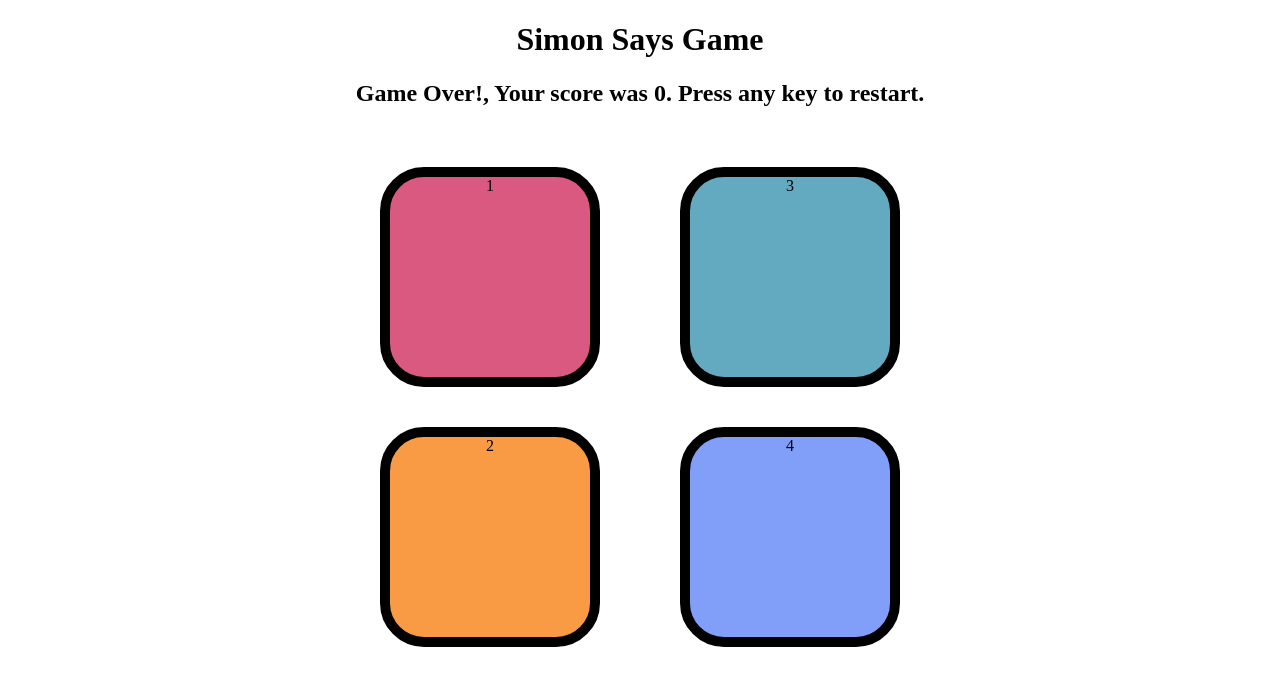
Repository: Manish-tomar-aligarh/Simon-Says-Game
Page: index.html
The author's editor kept a copy of each file at every save. The page is drawn from the files as they stood at one save, then again after the next save.
The browser window is 1280 px wide. The pictures show the whole page.
After loading, the first visible `#red` was clicked once.

Above is the page before, as saved 2025-05-26 08:29:30.

After the next save:
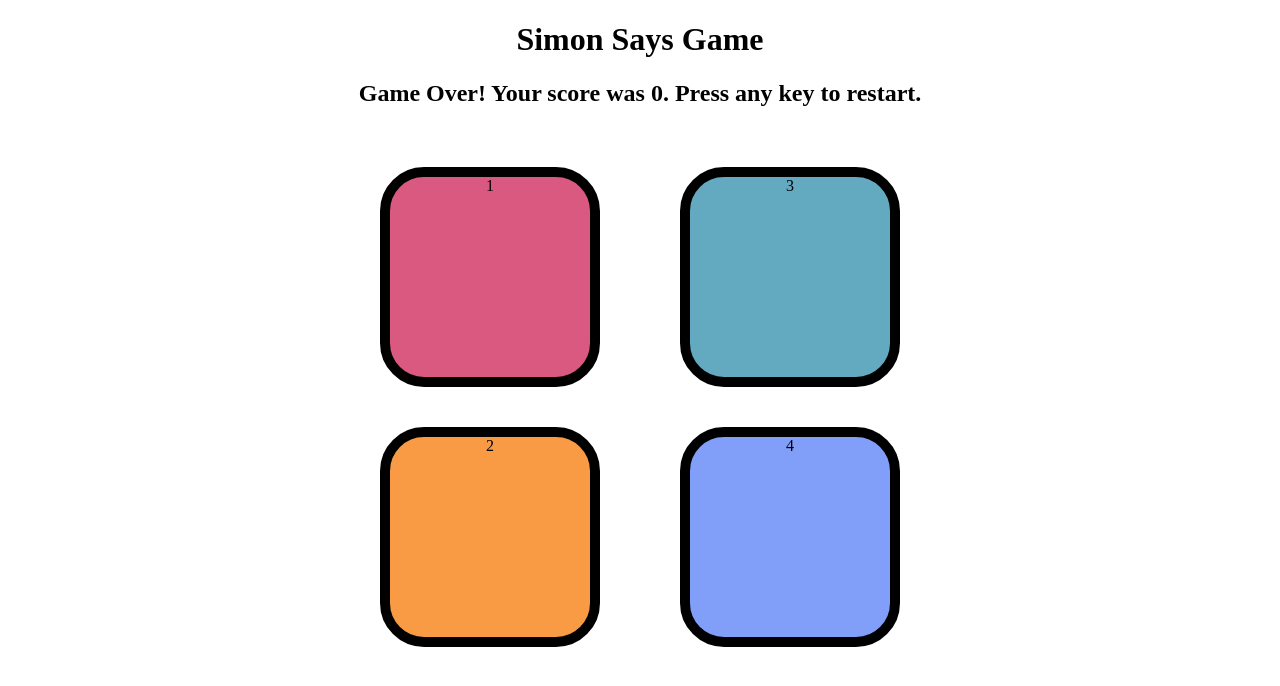
Saved 43 s later.
--- a/app.js
+++ b/app.js
@@ -53,7 +53,7 @@ function checkAns(idx){
             setTimeout(levelUp,1000);
         }
     }else{
-        h2.innerHTML =`Game Over!, Your score was ${level}. Press any key to restart.`;
+        h2.innerHTML =`Game Over! Your score was ${level}. Press any key to restart.`;
         document.querySelector("body").style.backgroundColor = "red";
         setTimeout(function(){
 
